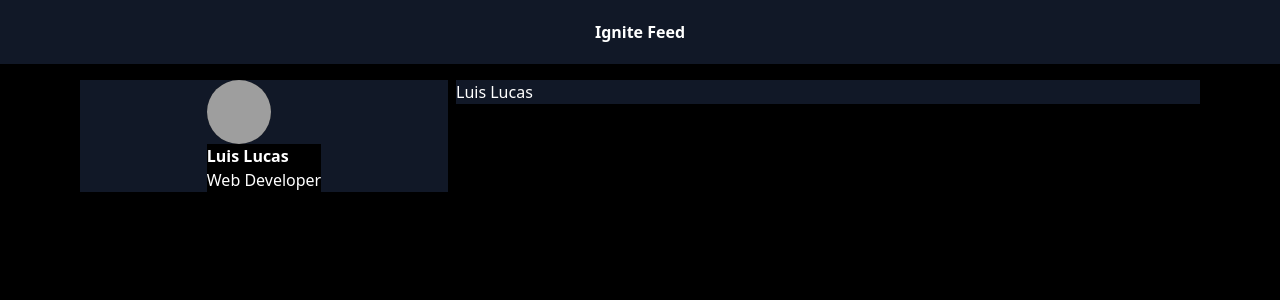
Repository: LuisSempre/ignite-feed
Page: /
The author's editor kept a copy of each file at every save. The page is drawn from the files as they stood at one save, then again after the next save.
The browser window is 1280 px wide. The pictures show the whole page.
Pictures or frames that could not be fetched are drawn as grey boxes. The project was rebuilt for these pictures with package versions that can differ from the ones it lists, and the page was loaded fresh each time. Also part of the build but not shown: vite.config.js.

Above is the page before, as saved 2022-07-13 21:28:57.

### src/App.jsx
import { Header } from "./Components/Header"
import { Sidebar } from "./Components/Sidebar"
function App() {
  return (
    <div>
      <Header />
      <div className="max-w-6xl mx-auto p-4 grid grid-cols-3 gap-2 items-start">
        <Sidebar />
        <div className="bg-gray-900 col-span-2">
          Luis Lucas
        </div>
      </div>
    </div>
  );
}

export default App;

### src/index.css
@tailwind base;
@tailwind components;
@tailwind utilities;

* {
    @apply bg-black text-white;
}

### src/Components/Header.jsx
export function Header() {
  return (
    <div className="flex max-w-7xl items-center justify-center h-16 bg-gray-900">
      <h1 className="font-bold bg-gray-900">Ignite Feed</h1>
    </div>
  )
}

### src/Components/Sidebar.jsx
export function Sidebar() {
  return (
    <div className="bg-gray-900 justify-center grid items-center">
      <img
        className="w-16 h-16 rounded-full"
        src="https://avatars.githubusercontent.com/u/32404639?v=4"
        alt=""
      />
      <strong>Luis Lucas</strong>
      <span>Web Developer</span>
    </div>
  );
}

Loaded but not shown: index.html (common file); src/main.jsx (common file); tailwind.config.js (common file)

After the next save:
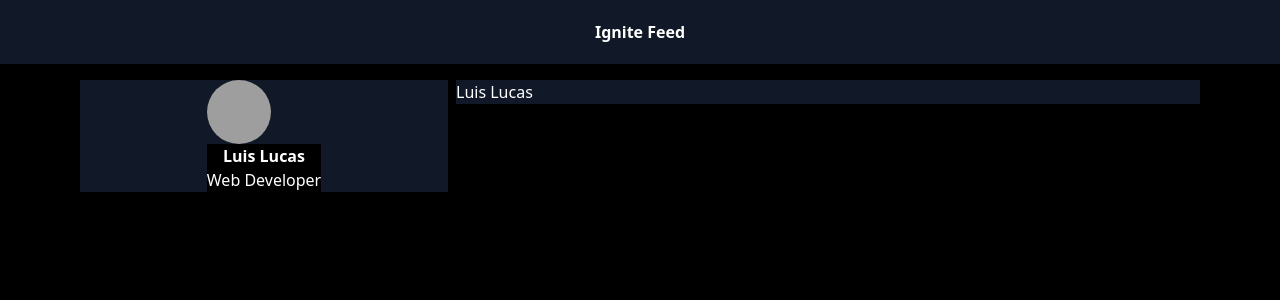
Saved 27 s later.
--- a/src/Components/Sidebar.jsx
+++ b/src/Components/Sidebar.jsx
@@ -1,6 +1,6 @@
 export function Sidebar() {
   return (
-    <div className="bg-gray-900 justify-center grid items-center">
+    <div className="bg-gray-900 justify-center grid items-center text-center">
       <img
         className="w-16 h-16 rounded-full"
         src="https://avatars.githubusercontent.com/u/32404639?v=4"
